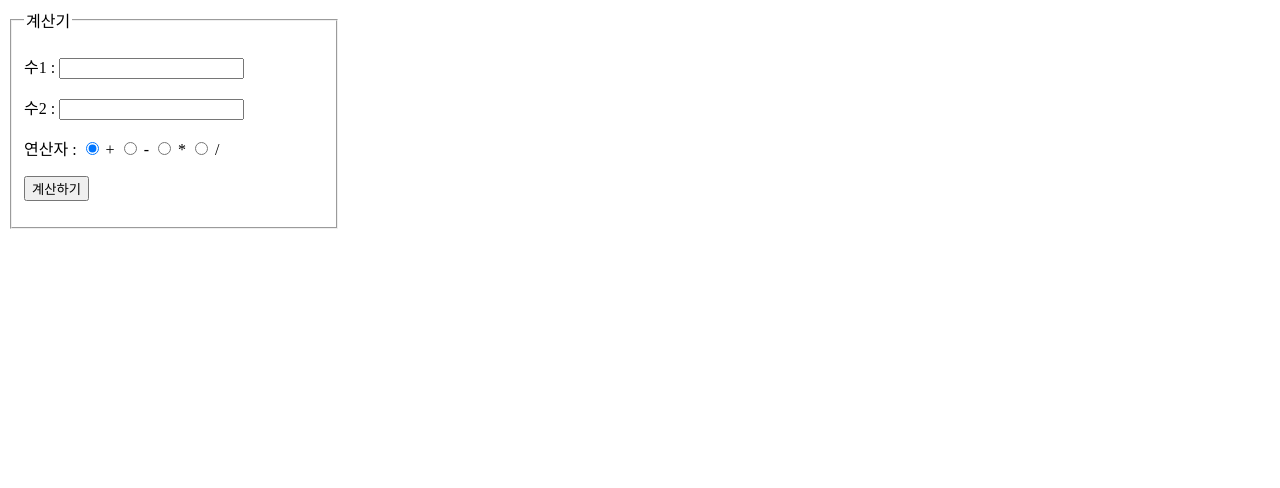
Repository: hagjun/jspstudy
Page: http://localhost/01_servlet/view/ex07.jsp
These files come from the project's save history. The page is drawn as it stood at one moment and after the next save; the edit follows.
The browser window is 1280 px wide. The pictures show the whole page.
The page is served by Tomcat 9.

Above is the page before, as saved 2024-03-04 08:19:08.
Console error: SyntaxError: Unexpected token '.'

After the next save:
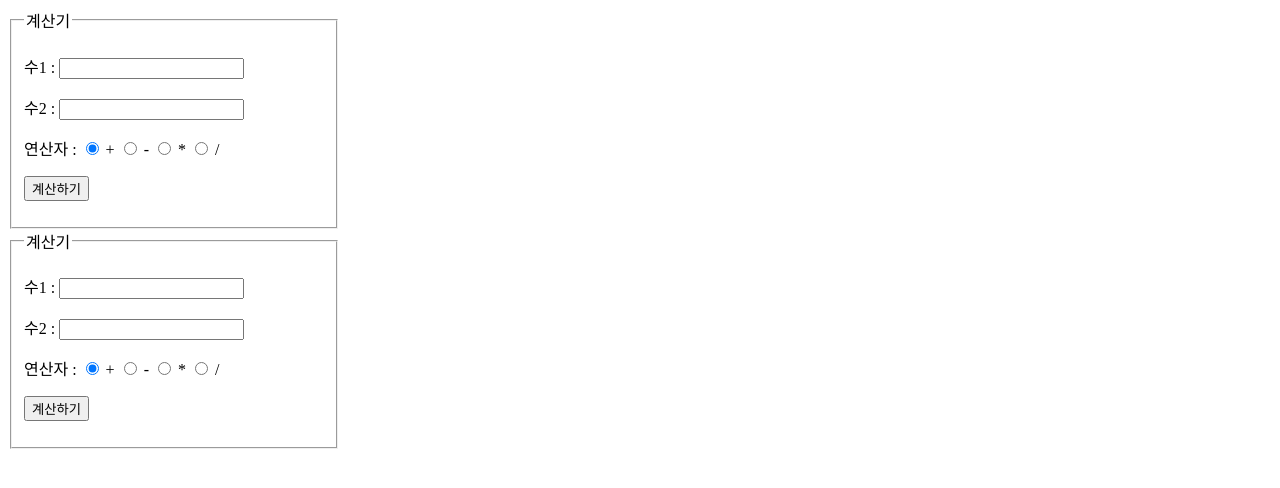
Saved 12 s later.
--- a/01_servlet/src/main/webapp/view/ex07.jsp
+++ b/01_servlet/src/main/webapp/view/ex07.jsp
@@ -37,6 +37,18 @@
 		<p><input type="submit" value="계산하기" ></p>
 	</fieldset>
 	</form>
+	<form action="/01_servlet/Ex07" method="get">
+	<fieldset>
+		<legend>계산기</legend>
+		<p>수1 : <input type="number" name="su1" required></p>
+		<p>수2 : <input type="number" name="su2" required></p>
+		<p>연산자 : <input type="radio" name="op" value="+" checked> +
+		          <input type="radio" name="op" value="-"> -
+		          <input type="radio" name="op" value="*"> *
+		          <input type="radio" name="op" value="/"> / </p>
+		<p><input type="submit" value="계산하기" ></p>
+	</fieldset>
+	</form>
 
 </body>
 </html>

After the save that followed:
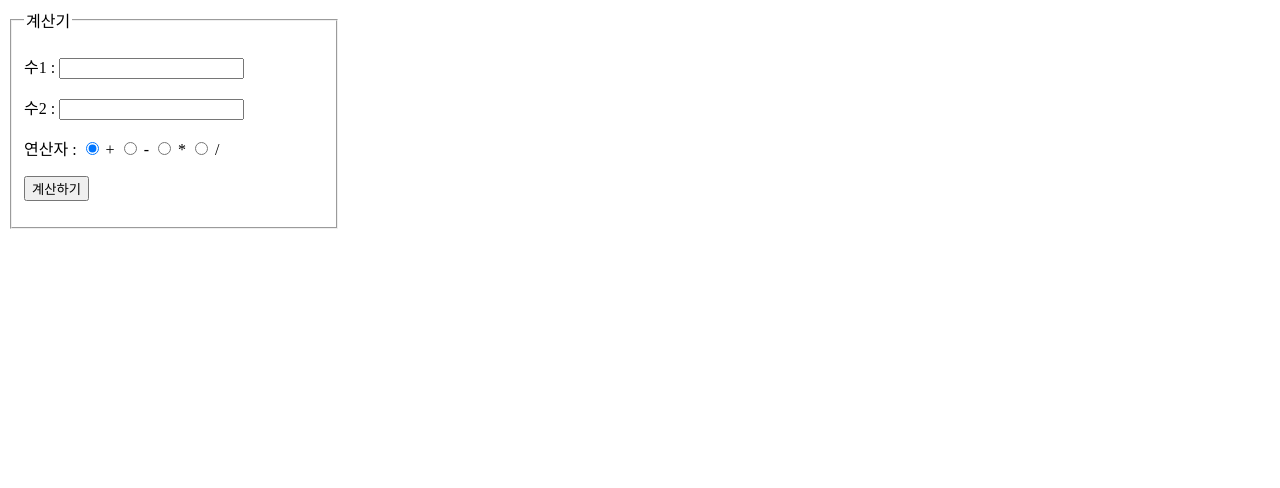
Saved 6 min 14 s later.
--- a/01_servlet/src/main/webapp/view/ex07.jsp
+++ b/01_servlet/src/main/webapp/view/ex07.jsp
@@ -37,18 +37,7 @@
 		<p><input type="submit" value="계산하기" ></p>
 	</fieldset>
 	</form>
-	<form action="/01_servlet/Ex07" method="get">
-	<fieldset>
-		<legend>계산기</legend>
-		<p>수1 : <input type="number" name="su1" required></p>
-		<p>수2 : <input type="number" name="su2" required></p>
-		<p>연산자 : <input type="radio" name="op" value="+" checked> +
-		          <input type="radio" name="op" value="-"> -
-		          <input type="radio" name="op" value="*"> *
-		          <input type="radio" name="op" value="/"> / </p>
-		<p><input type="submit" value="계산하기" ></p>
-	</fieldset>
-	</form>
+
 
 </body>
 </html>
